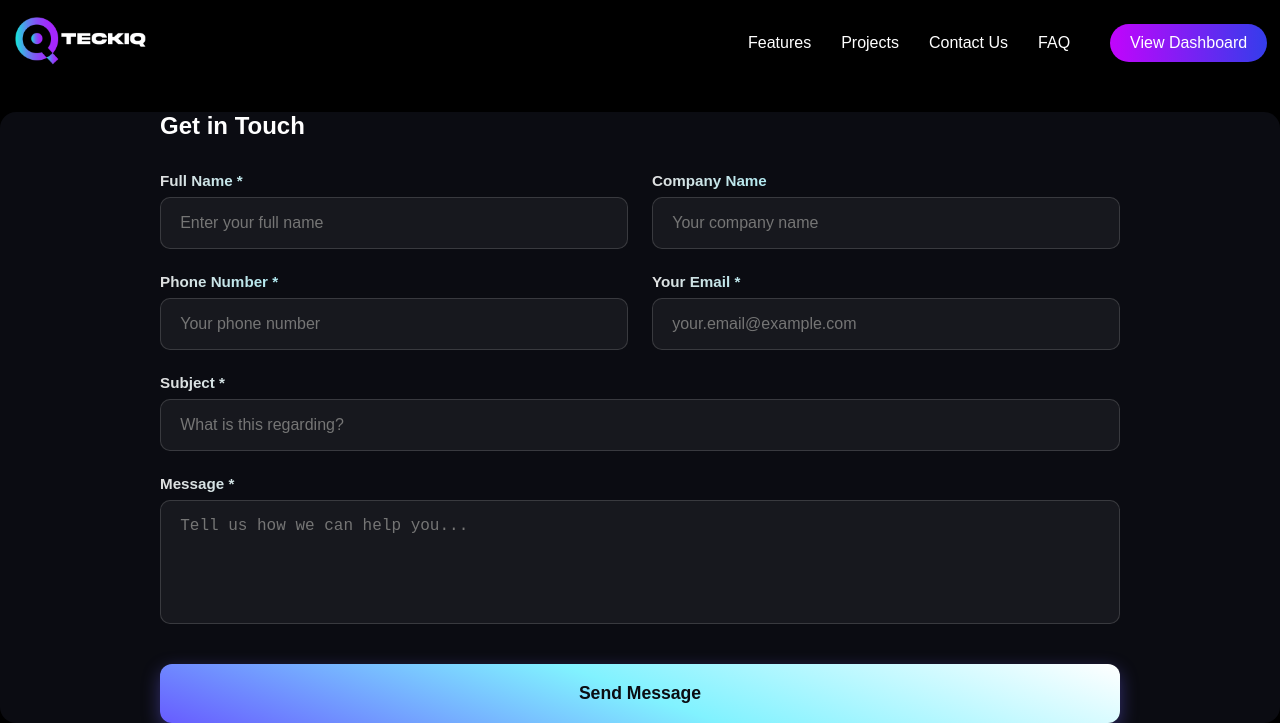
Repository: Uge-dev/Tekagon
Page: frontend/pages/contact.html
The author's editor kept a copy of each file at every save. The page is drawn from the files as they stood at one save, then again after the next save.
The browser window is 1280 px wide. The pictures show the whole page.

Above is the page before, as saved 2026-05-05 15:53:39.

After the next save:
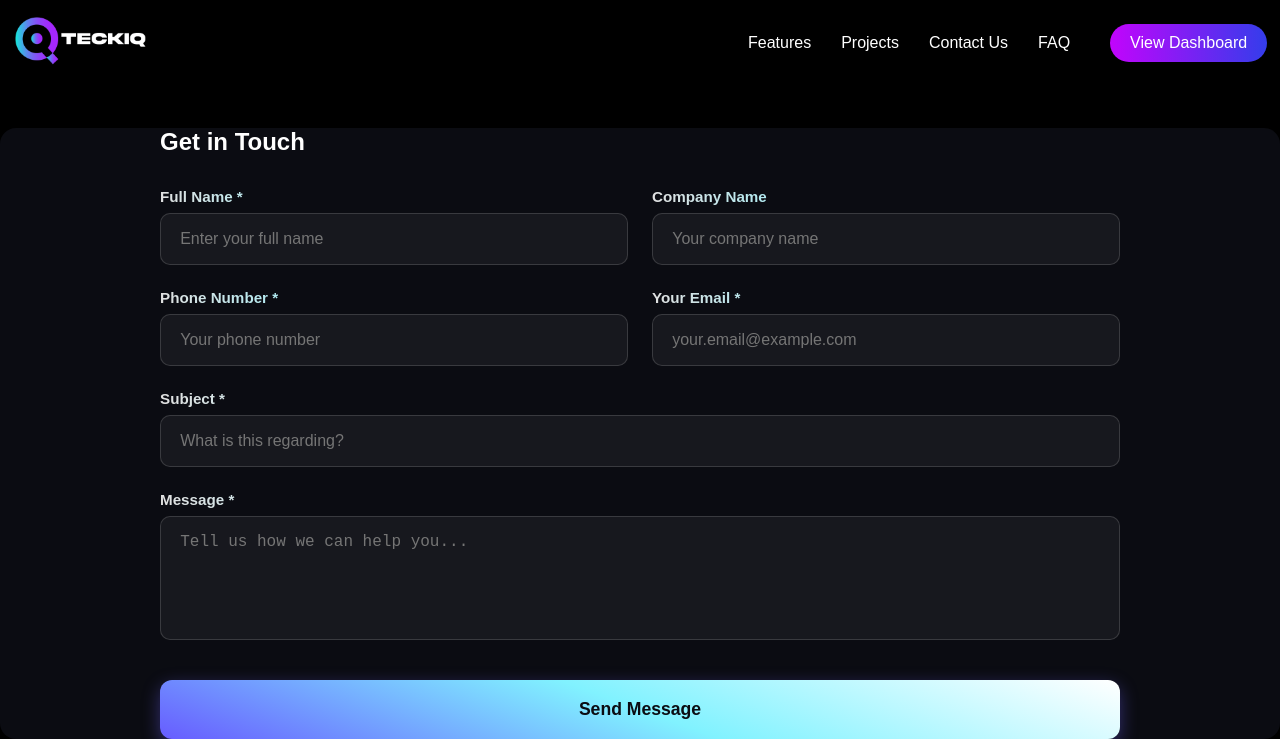
Saved 14 s later.
--- a/frontend/pages/contact.html
+++ b/frontend/pages/contact.html
@@ -47,7 +47,7 @@
 
 
 
-   <section class="contact-section". style="margin-top: 7rem; padding: 0rem 10rem;">
+   <section class="contact-section". style="margin-top: 8rem; padding: 0rem 10rem;">
         <h2 class="header-title">Get in Touch</h2>
         <form class="contact-form" id="contactForm" action="https://formsubmit.co/tekagon.digital@gmail.com"
             method="POST">
